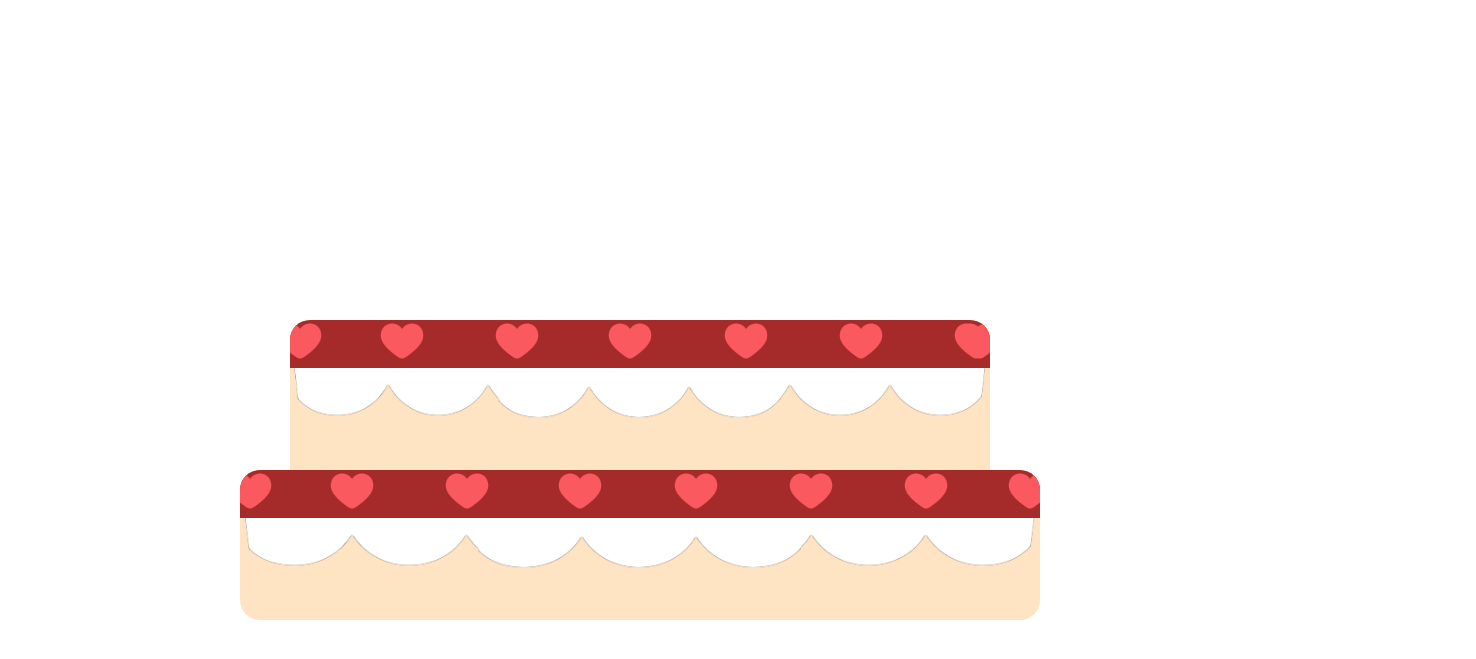
Repository: iphoneboy46/happybirthday
Page: index.html
The author's editor kept a copy of each file at every save. The page is drawn from the files as they stood at one save, then again after a run of saves.
The browser window is 1280 px wide. The page is 1280 px wide, then 1476 px, so the pictures cover 1476 px, including what lies to the right of the window. The pictures show the whole page.

Above is the page before, as saved 2022-11-28 14:43:36.

### index.html
<!DOCTYPE html>
<html lang="en">
  <head>
    <meta charset="UTF-8" />
    <meta http-equiv="X-UA-Compatible" content="IE=edge" />
    <meta name="viewport" content="width=device-width, initial-scale=1.0" />
    <title>Happy Birthday</title>
    <link rel="stylesheet" href="style.css" />
  </head>
  <body>
    <div class="container">
      <div class="cake">
        <div class="center--cake">
          <div class="img-wavy">
            <img src="image/img1.png" alt="" />
          </div>

          <div class="img-heart-1">
            <img src="image/heart.png" alt="" />
          </div>
          <div class="img-heart-2">
            <img src="image/heart.png" alt="" />
          </div>
          <div class="img-heart-3">
            <img src="image/heart.png" alt="" />
          </div>
          <div class="img-heart-4">
            <img src="image/heart.png" alt="" />
          </div>
          <div class="img-heart-5">
            <img src="image/heart.png" alt="" />
          </div>
          <div class="img-heart-6">
            <img src="image/heart.png" alt="" />
          </div>
          <div class="img-heart-7">
            <img src="image/heart.png" alt="" />
          </div>
          <div class="img-heart-8">
            <img src="image/heart.png" alt="" />
          </div>

          <div class="border-cake"></div>
        </div>
        <div class="bottom--cake">
          <div class="img-wavy">
            <img src="image/img1.png" alt="" />
          </div>

          <div class="img-heart-1">
            <img src="image/heart.png" alt="" />
          </div>
          <div class="img-heart-2">
            <img src="image/heart.png" alt="" />
          </div>
          <div class="img-heart-3">
            <img src="image/heart.png" alt="" />
          </div>
          <div class="img-heart-4">
            <img src="image/heart.png" alt="" />
          </div>
          <div class="img-heart-5">
            <img src="image/heart.png" alt="" />
          </div>
          <div class="img-heart-6">
            <img src="image/heart.png" alt="" />
          </div>
          <div class="img-heart-7">
            <img src="image/heart.png" alt="" />
          </div>
          <div class="img-heart-8">
            <img src="image/heart.png" alt="" />
          </div>

          <div class="border-cake"></div>
        </div>
      </div>
    </div>
  </body>
</html>

### style.css
*{
    padding: 0;
    margin: 0;
    box-sizing: border-box;
}

.container{
   height: 100vh;
   display: flex;
   justify-content: center;
   align-items: flex-end;
}

.cake{
    display: flex;
    flex-direction: column;
    justify-content:center;
    align-items:center
}



.center--cake{
    position: relative;
    overflow: hidden;
    width: 700px;
    height:150px;
    background-color: bisque;
    border-top-left-radius:20px;
    border-top-right-radius:20px;

}


.bottom--cake{
    position: relative;
    overflow: hidden;
    width: 800px;
    height:150px;
    background-color: bisque;
    border-radius:20px;
    margin-bottom: 100px;
}



.img-wavy{
    width: 100%;
    height: 100px;
}

.img-wavy img{
    width: 100%;
    height: 100%;
}

.img-heart-1{
    z-index: 3;
    position: absolute;
    top: -4px;
    left: -15px;
    width:50px;
    height:50px;
}


.img-heart-1 img{
    width: 100%;
    height: 100%;
}

.img-heart-2{
    z-index: 3;
    position: absolute;
    top: -4px;
    left: 87px;
    width:50px;
    height:50px;
}


.img-heart-2 img{
    width: 100%;
    height: 100%;
}


.img-heart-3{
    z-index: 3;
    position: absolute;
    top: -4px;
    left: 202px;
    width:50px;
    height:50px;
}


.img-heart-3 img{
    width: 100%;
    height: 100%;
}

.img-heart-4{
    z-index: 3;
    position: absolute;
    top: -4px;
    left: 315px;
    width:50px;
    height:50px;
}


.img-heart-4 img{
    width: 100%;
    height: 100%;
}

.img-heart-5{
    z-index: 3;
    position: absolute;
    top: -4px;
    left: 431px;
    width:50px;
    height:50px;
}


.img-heart-5 img{
    width: 100%;
    height: 100%;
}

.img-heart-6{
    z-index: 3;
    position: absolute;
    top: -4px;
    left: 546px;
    width:50px;
    height:50px;
}


.img-heart-6 img{
    width: 100%;
    height: 100%;
}

.img-heart-7{
    z-index: 3;
    position: absolute;
    top: -4px;
    left: 661px;
    width:50px;
    height:50px;
}


.img-heart-7 img{
    width: 100%;
    height: 100%;
}

.img-heart-8{
    z-index: 3;
    position: absolute;
    top: -4px;
    right: -15px;
    width:50px;
    height:50px;
}


.img-heart-8 img{
    width: 100%;
    height: 100%;
}



.border-cake{
    z-index: 2;
    position: absolute;
    top: 0;
    width: 100%;
    height: 48px;
    background-color: brown;
}

After the next 2 saves:
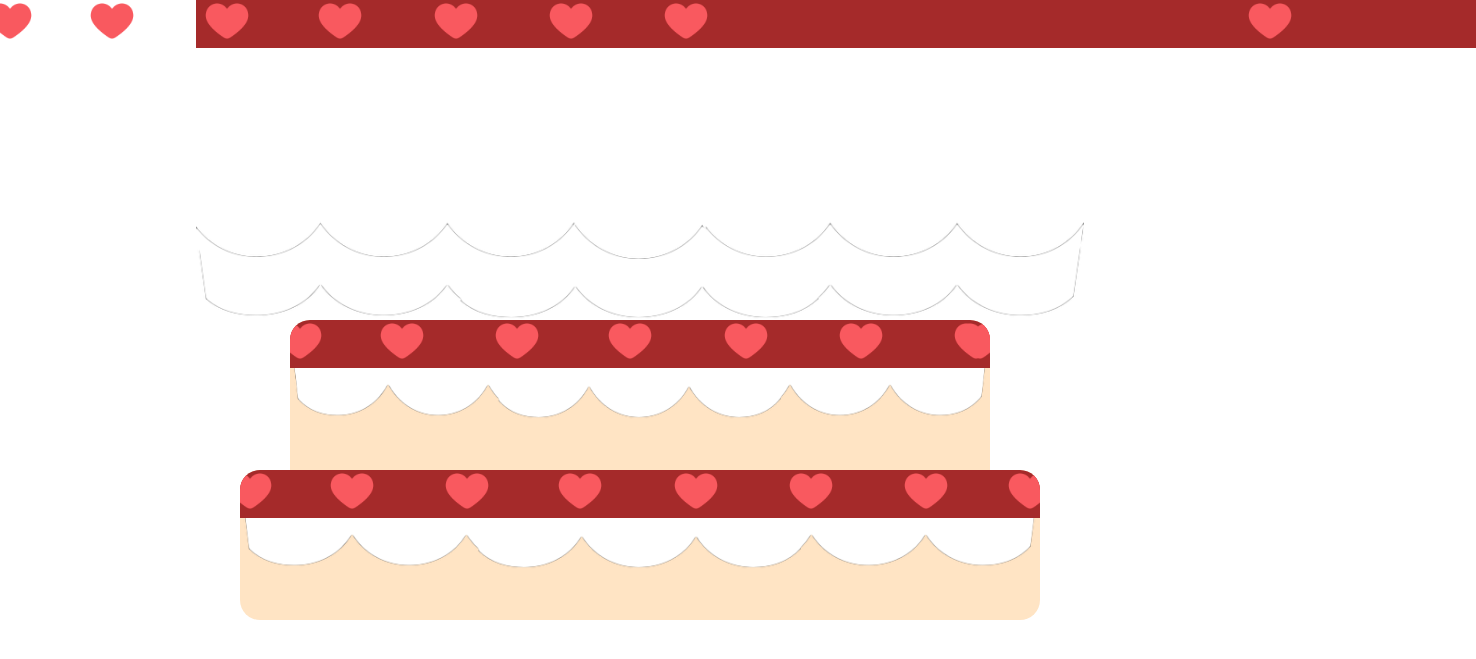
The 2 saves are shown as one change because they came seconds apart.
The last was saved 7 s later.
--- a/index.html
+++ b/index.html
@@ -10,6 +10,38 @@
   <body>
     <div class="container">
       <div class="cake">
+        <div class="top--cake">
+            <div class="img-wavy">
+              <img src="image/img1.png" alt="" />
+            </div>
+
+            <div class="img-heart-1">
+              <img src="image/heart.png" alt="" />
+            </div>
+            <div class="img-heart-2">
+              <img src="image/heart.png" alt="" />
+            </div>
+            <div class="img-heart-3">
+              <img src="image/heart.png" alt="" />
+            </div>
+            <div class="img-heart-4">
+              <img src="image/heart.png" alt="" />
+            </div>
+            <div class="img-heart-5">
+              <img src="image/heart.png" alt="" />
+            </div>
+            <div class="img-heart-6">
+              <img src="image/heart.png" alt="" />
+            </div>
+            <div class="img-heart-7">
+              <img src="image/heart.png" alt="" />
+            </div>
+            <div class="img-heart-8">
+              <img src="image/heart.png" alt="" />
+            </div>
+
+            <div class="border-cake"></div>
+          </div>
         <div class="center--cake">
           <div class="img-wavy">
             <img src="image/img1.png" alt="" />
